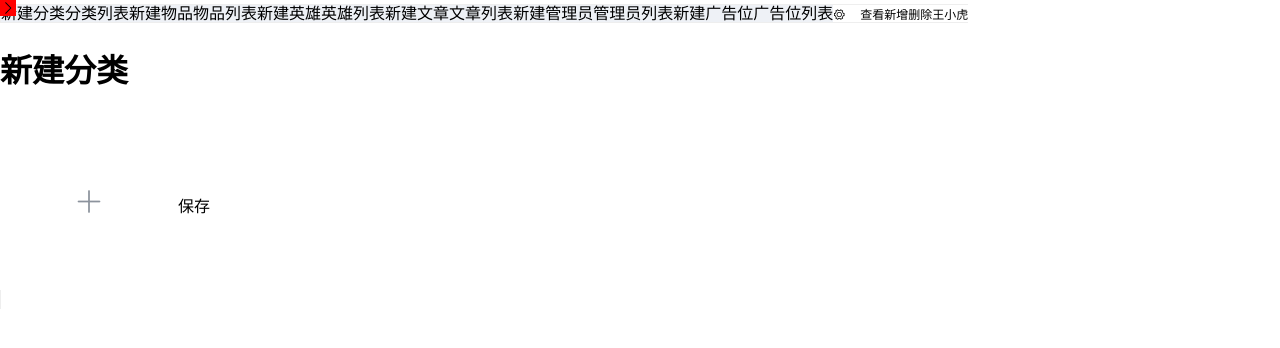
Repository: zqw980624/aaa
Page: /item/create (app in admin/)
An editor plug-in stored every save of this project. The page is shown before and after the next save, followed by the edit.
The browser window is 1280 px wide. The pictures show the whole page.
The project was rebuilt for these pictures with package versions that can differ from the ones it lists, and the page was loaded fresh each time. Also part of the build but not shown: admin/src/views/CategoryEditor.vue, admin/src/views/CategoryList.vue, admin/src/views/ItemList.vue, admin/src/views/HeroList.vue, admin/src/views/ArticleEditor.vue, admin/src/views/ArticleList.vue, admin/src/views/AdsList.vue, admin/src/views/AdministratorEditor.vue and 1 more. Imported but missing from the stored project, and not drawn on this page: admin/src/plugins/element.js.

Above is the page before, as saved 2020-03-09 22:58:11.

### admin/src/main.js
import Vue from 'vue';
import App from './App.vue';
import './plugins/element.js'
import router from './router'

Vue.config.productionTip = false;

import http from "./http"
Vue.prototype.$http = http

new Vue({
  router,
  render: (h) => h(App)
}).$mount('#app');

### admin/src/App.vue
<template>
  <div id="app">
   <router-view></router-view>
  </div>
</template>

<style>
  html,body{
    margin: 0;
    padding: 0;
  }
</style>

### admin/src/router/index.js
import Vue from 'vue'
import VueRouter from 'vue-router'
import Main from '../views/Main.vue'
import CategoryEditor from '../views/CategoryEditor.vue'
import CategoryList from '../views/CategoryList.vue'

import ItemEditor from '../views/ItemEditor.vue'
import ItemList from '../views/ItemList.vue'

import HeroEditor from '../views/HeroEditor.vue'
import HeroList from '../views/HeroList.vue'

import ArticleEditor from '../views/ArticleEditor.vue'
import ArticleList from '../views/ArticleList.vue'

import AdsEditor from '../views/AdsEditor.vue'
import AdsList from '../views/AdsList.vue'

import AdministratorEditor from '../views/AdministratorEditor.vue'
import AdministratorList from '../views/AdministratorList.vue'
Vue.use(VueRouter)

const routes = [
  {
    path: '/',
    name: 'Main',
    component: Main,
    children:[
      {path:"category/create",component:CategoryEditor},
      {path:"category/editor/:id",component:CategoryEditor,props:true},
      {path:"category/list",component:CategoryList},

      {path:"item/create",component:ItemEditor},
      {path:"item/editor/:id",component:ItemEditor,props:true},
      {path:"item/list",component:ItemList},

      {path:"hero/create",component:HeroEditor},
      {path:"hero/editor/:id",component:HeroEditor,props:true},
      {path:"hero/list",component:HeroList},

      {path:"article/create",component:ArticleEditor},
      {path:"article/editor/:id",component:ArticleEditor,props:true},
      {path:"article/list",component:ArticleList},

      {path:"ad/create",component:AdsEditor},
      {path:"ad/editor/:id",component:AdsEditor,props:true},
      {path:"ad/list",component:AdsList},

      {path:"administrator/create",component:AdministratorEditor},
      {path:"administrator/editor/:id",component:AdministratorEditor,props:true},
      {path:"administrator/list",component:AdministratorList},


    ]
  }
]

const router = new VueRouter({
  mode: 'history',
  base: process.env.BASE_URL,
  routes
})

export default router

### admin/src/http.js
import axios from "axios";

const http = axios.create({
    baseURL:"http://localhost:3000/admin/api"
})

export default http

### admin/src/views/Main.vue

<template>
  <el-container style="height: 100vh; border: 1px solid #eee">
    <el-aside width="200px" style="background-color: rgb(238, 241, 246)">
      <el-menu
        router
        :default-active="$route.path"
        :default-openeds="['1']"
        unique-opened
        background-color="#404040"
        text-color="#aaa"
        active-text-color="#ff4238"
        :collapse="isCollapse"
      >
       <i  class="el-icon-arrow-right toggle" @click="toggle"></i>
        <!-- <el-radio-group v-model="isCollapse" style="margin-bottom: 20px;">
          <el-radio-button :label="false">展开</el-radio-button>
          <el-radio-button :label="true">收起</el-radio-button>
        </el-radio-group> -->
        <el-submenu index="1">
          <template slot="title">
            <i class="el-icon-message"></i>
            <span slot="title">内容管理</span>
          </template>
          <el-menu-item-group>
            <template slot="title">分类</template>
            <el-menu-item index="/category/create">新建分类</el-menu-item>
            <el-menu-item index="/category/list">分类列表</el-menu-item>
          </el-menu-item-group>
          <el-menu-item-group>
            <template slot="title">物品</template>
            <el-menu-item index="/item/create">新建物品</el-menu-item>
            <el-menu-item index="/item/list">物品列表</el-menu-item>
          </el-menu-item-group>
        </el-submenu>

        <el-submenu index="2">
          <template slot="title">
            <i class="el-icon-message"></i>
            <span slot="title">系统管理</span>
          </template>
          <el-menu-item-group>
            <template slot="title">英雄</template>
            <el-menu-item index="/hero/create">新建英雄</el-menu-item>
            <el-menu-item index="/hero/list">英雄列表</el-menu-item>
          </el-menu-item-group>
          <el-menu-item-group>
            <template slot="title">文章</template>
            <el-menu-item index="/article/create">新建文章</el-menu-item>
            <el-menu-item index="/article/list">文章列表</el-menu-item>
          </el-menu-item-group>
        </el-submenu>

        <el-submenu index="3">
         <template slot="title">
            <i class="el-icon-message"></i>
            <span slot="title">管理员管理</span>
          </template>
          <el-menu-item-group>
            <template slot="title">管理员</template>
            <el-menu-item index="/administrator/create">新建管理员</el-menu-item>
            <el-menu-item index="/administrator/list">管理员列表</el-menu-item>
          </el-menu-item-group>
          <el-menu-item-group>
            <template slot="title">广告位</template>
            <el-menu-item index="/ad/create">新建广告位</el-menu-item>
            <el-menu-item index="/ad/list">广告位列表</el-menu-item>
          </el-menu-item-group>
        </el-submenu>
      </el-menu>
    </el-aside>

    <el-container>
      <el-header style="text-align: right; font-size: 12px">
        <el-dropdown>
          <i class="el-icon-setting" style="margin-right: 15px"></i>
          <el-dropdown-menu slot="dropdown">
            <el-dropdown-item>查看</el-dropdown-item>
            <el-dropdown-item>新增</el-dropdown-item>
            <el-dropdown-item>删除</el-dropdown-item>
          </el-dropdown-menu>
        </el-dropdown>
        <span>王小虎</span>
      </el-header>

      <el-main>
        <router-view></router-view>
      </el-main>
    </el-container>
  </el-container>
</template>
<script>
export default {
  data() {
    return {
      isCollapse: true
    };
  },
  methods: {
    toggle(){
      this.isCollapse = !this.isCollapse;
    }
  }
};
</script>
<style>
.el-menu{
  position: relative;
  background-color: red;
}
.toggle{
  position: absolute;
  left: 0;
  background: red;

}
.el-header {
  background-color: #b3c0d1;
  color: #333;
  line-height: 60px;
}

.el-aside {
  color: #333;
}
</style>

### admin/src/views/ItemEditor.vue
<template>
  <div>
    <h1>{{id?'编辑':'新建'}}分类</h1>
    <el-form @submit.native.prevent="save" label-width="100px">
      <el-form-item label="名称">
        <el-input v-model="model.name"></el-input>
      </el-form-item>
      <el-form-item label="图标">
        <el-upload
          class="avatar-uploader"
          :action="$http.defaults.baseURL + '/upload'"
          :show-file-list="false"
          :on-success="handleAvatarSuccess"

        >
          <img v-if="model.icon" :src="model.icon" class="avatar" />
          <i v-else class="el-icon-plus avatar-uploader-icon"></i>
        </el-upload>
      </el-form-item>
      <el-form-item>
        <el-button type="primary" native-type="submit">保存</el-button>
      </el-form-item>
    </el-form>
  </div>
</template>


<script>
export default {
  props: {
    id: {}
  },
  data() {
    return {
      model: {
        name: "",
        icon:""
      }
    };
  },
  methods: {
    handleAvatarSuccess(res){
      console.log(res)
      this.$set(this.model,"icon",res.url)
      // this.model.icon = res.url
    },
    async save() {
      let res;
      if (this.id) {
        res = await this.$http({
          method: "put",
          url: `/rest/items/${this.id}`,
          data: this.model
        });
      } else {
        res = await this.$http({
          method: "post",
          url: "/rest/items",
          data: this.model
        });
      }

      if (res.data) {
        this.$router.push("/item/list");
        this.$message({
          type: "success",
          message: "保存成功"
        });
      }
    },
    async fetch() {
      let res = await this.$http.get(`/rest/items/${this.id}`);

      this.model = res.data;
    }
  },
  created() {
    this.id && this.fetch();
  }
};
</script>

<style>
  .avatar-uploader .el-upload {
    border: 1px dashed #d9d9d9;
    border-radius: 6px;
    cursor: pointer;
    position: relative;
    overflow: hidden;
  }
  .avatar-uploader .el-upload:hover {
    border-color: #409EFF;
  }
  .avatar-uploader-icon {
    font-size: 28px;
    color: #8c939d;
    width: 178px;
    height: 178px;
    line-height: 178px;
    text-align: center;
  }
  .avatar {
    width: 178px;
    height: 178px;
    display: block;
  }
</style>

### admin/src/views/HeroEditor.vue
<template>
  <div>
    <h1>{{id?'编辑':'新建'}}分类</h1>
    <el-form @submit.native.prevent="save" label-width="100px">
      <el-tabs value="skills" type="border-card">
        <el-tab-pane label="基础信息" name="basic">
          <el-form-item label="角色">
            <el-input v-model="model.name"></el-input>
          </el-form-item>
          <el-form-item label="称号">
            <el-input v-model="model.title"></el-input>
          </el-form-item>
          <el-form-item label="头像">
            <el-upload
              class="avatar-uploader"
              :action="$http.defaults.baseURL + '/upload'"
              :show-file-list="false"
              :on-success="handleAvatarSuccess"
            >
              <img v-if="model.avator" :src="model.avator" class="avatar" />
              <i v-else class="el-icon-plus avatar-uploader-icon"></i>
            </el-upload>
          </el-form-item>
          <el-form-item label="职业">
            <el-select v-model="model.categories" placeholder="请选择" multiple>
              <el-option
                v-for="item in catogories"
                :key="item._id"
                :label="item.name"
                :value="item._id"
              ></el-option>
            </el-select>
          </el-form-item>
          <el-form-item label="难度">
            <el-rate
              style="margin-top:.6rem"
              :max="9"
              v-model="model.details.difficulty"
              show-score
            ></el-rate>
          </el-form-item>
          <el-form-item label="技能">
            <el-rate style="margin-top:.6rem" :max="9" v-model="model.details.skill" show-score></el-rate>
          </el-form-item>
          <el-form-item label="攻击">
            <el-rate style="margin-top:.6rem" :max="9" v-model="model.details.attack" show-score></el-rate>
          </el-form-item>
          <el-form-item label="生存">
            <el-rate style="margin-top:.6rem" :max="9" v-model="model.details.existence" show-score></el-rate>
          </el-form-item>

          <el-form-item label="顺风出装">
            <el-select v-model="model.tailWind" placeholder="请选择" multiple>
              <el-option v-for="item in items" :key="item._id" :label="item.name" :value="item._id"></el-option>
            </el-select>
          </el-form-item>
          <el-form-item label="逆风出装">
            <el-select v-model="model.headwind" placeholder="请选择" multiple>
              <el-option v-for="item in items" :key="item._id" :label="item.name" :value="item._id"></el-option>
            </el-select>
          </el-form-item>
          <el-form-item label="使用技巧">
            <el-input v-model="model.useTip" type="textarea"></el-input>
          </el-form-item>
          <el-form-item label="对抗技巧">
            <el-input t v-model="model.combatTip" type="textarea"></el-input>
          </el-form-item>
          <el-form-item label="团队思路">
            <el-input t v-model="model.teamTip" type="textarea"></el-input>
          </el-form-item>
        </el-tab-pane>
        <el-tab-pane label="技能" name="skills">
          <el-button size="small" @click="model.skills.push({})">
            <i class="el-icon-plus"></i> 添加技能
          </el-button>
          <el-row>
            <el-col :md="12" v-for="(item,index) in model.skills" :key="index">
              <el-form-item label="名称">
                <el-input v-model="item.name"></el-input>
              </el-form-item>
              <el-form-item label="图标">
                <el-upload
                  class="avatar-uploader"
                  :action="$http.defaults.baseURL + '/upload'"
                  :show-file-list="false"
                  :on-success="res => $set(item,'icon',res.url)"
                >
                  <img v-if="item.icon" :src="item.icon" class="avatar" />
                  <i v-else class="el-icon-plus avatar-uploader-icon"></i>
                </el-upload>
              </el-form-item>
              <el-form-item label="描述">
                <el-input v-model="item.description"></el-input>
              </el-form-item>
              <el-form-item label="小提示">
                <el-input type="textarea" v-model="item.tips"></el-input>
              </el-form-item>
              <el-form-item>
                <el-button @click="model.skills.splice(index,1)" type="danger">删除</el-button>
              </el-form-item>
            </el-col>
          </el-row>
        </el-tab-pane>
      </el-tabs>
      <el-form-item>
        <el-button type="primary" style="margin-top:1rem" native-type="submit">保存</el-button>
      </el-form-item>
    </el-form>
  </div>
</template>


<script>
export default {
  props: {
    id: {}
  },
  data() {
    return {
      model: {
        details: {
          difficulty: 0,
          skill: 0,
          attack: 0,
          existence: 0
        },
        skills: []
      },
      catogories: [],
      items: []
    };
  },
  methods: {
    handleAvatarSuccess(res) {
      console.log(res);
      this.$set(this.model, "avator", res.url);
      // this.model.icon = res.url
    },
    async save() {
      let res;
      if (this.id) {
        res = await this.$http({
          method: "put",
          url: `/rest/hero/${this.id}`,
          data: this.model
        });
      } else {
        res = await this.$http({
          method: "post",
          url: "/rest/hero",
          data: this.model
        });
      }

      if (res.data) {
        this.$router.push("/hero/list");
        this.$message({
          type: "success",
          message: "保存成功"
        });
      }
    },
    async fetch() {
      let res = await this.$http.get(`/rest/hero/${this.id}`);

      this.model = res.data;
    },
    async fetchCategories() {
      let res = await this.$http.get(`/rest/categories`);
      this.catogories = res.data;
    },
    async fetchItems() {
      let res = await this.$http.get(`/rest/items`);
      this.items = res.data;
    }
  },
  created() {
    this.fetchCategories();
    this.fetchItems();
    this.id && this.fetch();
  }
};
</script>

<style>
.avatar-uploader .el-upload {
  border: 1px dashed #d9d9d9;
  border-radius: 6px;
  cursor: pointer;
  position: relative;
  overflow: hidden;
}
.avatar-uploader .el-upload:hover {
  border-color: #409eff;
}
.avatar-uploader-icon {
  font-size: 28px;
  color: #8c939d;
  width: 178px;
  height: 178px;
  line-height: 178px;
  text-align: center;
}
.avatar {
  width: 178px;
  height: 178px;
  display: block;
}
</style>

### admin/src/views/AdsEditor.vue
<template>
  <div>
    <h1>{{id?'编辑':'新建'}}广告位</h1>
    <el-form @submit.native.prevent="save" label-width="100px">
      <el-form-item label="名称">
        <el-input v-model="model.name"></el-input>
      </el-form-item>
       <el-form-item label="广告">
       <el-button size="small" @click="model.ads.push({})">
            <i class="el-icon-plus"></i> 添加广告
          </el-button>
      </el-form-item>


          <el-row>
            <el-col :md="12" v-for="(item,index) in model.ads" :key="index">
             <el-form-item label="链接">
                <el-input v-model="item.link"></el-input>
              </el-form-item>
              <el-form-item label="图标">
                <el-upload
                  class="avatar-uploader"
                  :action="$http.defaults.baseURL + '/upload'"
                  :show-file-list="false"
                  :on-success="res => $set(item,'image',res.url)"
                >
                  <img v-if="item.image" :src="item.image" class="avatar" />
                  <i v-else class="el-icon-plus avatar-uploader-icon"></i>
                </el-upload>
              </el-form-item>

               <el-form-item>
                <el-button size="small" @click="model.ads.splice(index,1)" type="danger">删除</el-button>
              </el-form-item>
            </el-col>
          </el-row>

      <el-form-item>
        <el-button type="primary" native-type="submit">保存</el-button>
      </el-form-item>
    </el-form>
  </div>
</template>


<script>
export default {
  props: {
    id: {}
  },
  data() {
    return {
      model: {
        name: "",
        ads:[]
      }
    };
  },
  methods: {
    handleAvatarSuccess(res){
      console.log(res)
      this.$set(this.model,"icon",res.url)
      // this.model.icon = res.url
    },
    async save() {
      let res;
      if (this.id) {
        res = await this.$http({
          method: "put",
          url: `/rest/ads/${this.id}`,
          data: this.model
        });
      } else {
        res = await this.$http({
          method: "post",
          url: "/rest/ads",
          data: this.model
        });
      }

      if (res.data) {
        this.$router.push("/ad/list");
        this.$message({
          type: "success",
          message: "保存成功"
        });
      }
    },
    async fetch() {
      let res = await this.$http.get(`/rest/ads/${this.id}`);

      this.model = res.data;
    }
  },
  created() {
    this.id && this.fetch();
  }
};
</script>

<style>
  .avatar-uploader .el-upload {
    border: 1px dashed #d9d9d9;
    border-radius: 6px;
    cursor: pointer;
    position: relative;
    overflow: hidden;
  }
  .avatar-uploader .el-upload:hover {
    border-color: #409EFF;
  }
  .avatar-uploader-icon {
    font-size: 28px;
    color: #8c939d;
    width: 178px;
    height: 178px;
    line-height: 178px;
    text-align: center;
  }
  .avatar {
    width: 178px;
    height: 178px;
    display: block;
  }
</style>

Loaded but not shown: admin/public/index.html (common file)

After the next save:
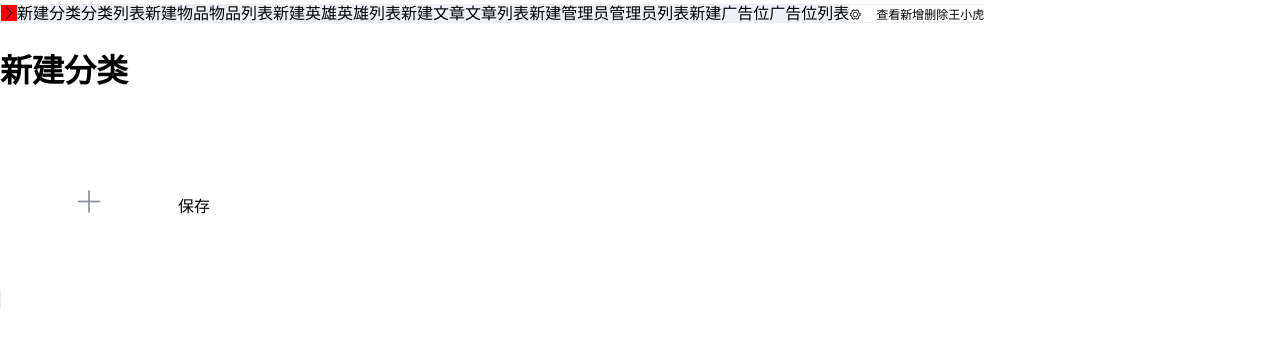
Saved 26 s later.
--- a/admin/src/views/Main.vue
+++ b/admin/src/views/Main.vue
@@ -104,13 +104,9 @@ export default {
 };
 </script>
 <style>
-.el-menu{
-  position: relative;
-  background-color: red;
-}
+
 .toggle{
-  position: absolute;
-  left: 0;
+
   background: red;
 
 }
